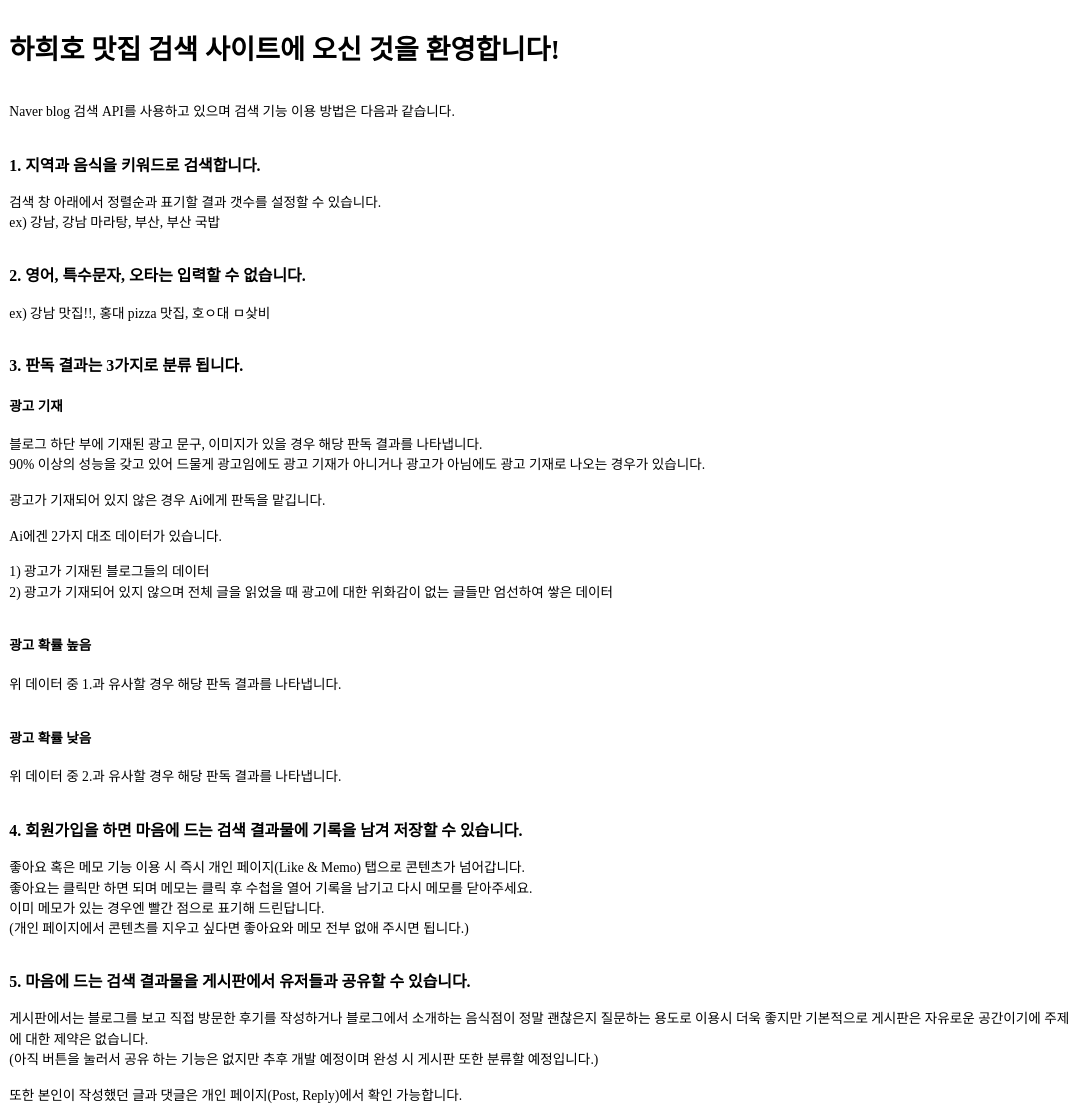
Repository: GOHO97/Haheeho
Page: http://localhost/Haheeho_Adblock/WEB-INF/views/main/main.jsp
An editor plug-in stored every save of this project. The page is shown before and after the next save, followed by the edit.
The browser window is 1280 px wide. The pictures show the whole page, at 85% of full size.
The page is served by Tomcat 9. Nobody is signed in. Other server files are loaded and not shown. The template is opened directly, without the code that normally fills it, so the values that code supplies are empty.

Above is the page before, as saved 2022-11-11 05:16:15.

### Haheeho_Adblock/src/main/webapp/WEB-INF/views/main/main.jsp
<%@ page language="java" contentType="text/html; charset=UTF-8"
	pageEncoding="UTF-8"%>
<%@ taglib prefix="c" uri="http://java.sun.com/jsp/jstl/core"%>
<!DOCTYPE html>
<html>
<head>
<meta charset="UTF-8">
<title>Insert title here</title>
</head>
<body>
		<div id="mainSearchResultDiv" style="display: none;"></div>
		<table>
			<tr>
				<td>
					<h1>하희호 맛집 검색 사이트에 오신 것을 환영합니다!</h1>
					<br>
					Naver blog 검색 API를 사용하고 있으며 검색 기능 이용 방법은 다음과 같습니다.<br>
					<br>
					<h3>1. 지역과 음식을 키워드로 검색합니다.</h3>
					검색 창 아래에서 정렬순과 표기할 결과 갯수를 설정할 수 있습니다.<br>
					ex) 강남, 강남 마라탕, 부산, 부산 국밥<br>
					<br>
					<h3>2. 영어, 특수문자, 오타는 입력할 수 없습니다.</h3>
					ex) 강남 맛집!!, 홍대 pizza 맛집, 호ㅇ대 ㅁ샂비<br>
					<br>
					<h3>3. 판독 결과는 3가지로 분류 됩니다.</h3>
					<h4>광고 기재</h4>
					블로그 하단 부에 기재된 광고 문구, 이미지가 있을 경우 해당 판독 결과를 나타냅니다.<br>
					90% 이상의 성능을 갖고 있어 드물게 광고임에도 광고 기재가 아니거나 광고가 아님에도 광고 기재로 나오는 경우가 있습니다.<br>
					<br>
					광고가 기재되어 있지 않은 경우 Ai에게 판독을 맡깁니다.<br>
					<br>
					Ai에겐 2가지 대조 데이터가 있습니다.<br>
					<br>
					1) 광고가 기재된 블로그들의 데이터<br>
					2) 광고가 기재되어 있지 않으며 전체 글을 읽었을 때 광고에 대한 위화감이 없는 글들만 엄선하여 쌓은 데이터<br>
					<br>
					<h4>광고 확률 높음</h4>
					위 데이터 중 1.과 유사할 경우 해당 판독 결과를 나타냅니다.<br>
					<br>
					<h4>광고 확률 낮음</h4>
					위 데이터 중 2.과 유사할 경우 해당 판독 결과를 나타냅니다.<br>
					<br>
					<h3>4. 회원가입을 하면 마음에 드는 검색 결과물에 기록을 남겨 저장할 수 있습니다.</h3>
					좋아요 혹은 메모 기능 이용 시 즉시 개인 페이지(Like & Memo) 탭으로 콘텐츠가 넘어갑니다.<br>
					좋아요는 클릭만 하면 되며 메모는 클릭 후 수첩을 열어 기록을 남기고 다시 메모를 닫아주세요.<br>
					이미 메모가 있는 경우엔 빨간 점으로 표기해 드린답니다.<br>
					(개인 페이지에서 콘텐츠를 지우고 싶다면 좋아요와 메모 전부 없애 주시면 됩니다.)<br>
					<br>
					<h3>5. 마음에 드는 검색 결과물을 게시판에서 유저들과 공유할 수 있습니다.</h3>
					게시판에서는 블로그를 보고 직접 방문한 후기를 작성하거나 블로그에서 소개하는 음식점이 정말 괜찮은지 질문하는 용도로 이용시 더욱 좋지만 기본적으로 게시판은 자유로운 공간이기에 주제에 대한 제약은 없습니다.<br>
					(아직 버튼을 눌러서 공유 하는 기능은 없지만 추후 개발 예정이며 완성 시 게시판 또한 분류할 예정입니다.)<br>
					<br>
					또한 본인이 작성했던 글과 댓글은 개인 페이지(Post, Reply)에서 확인 가능합니다.
				</td>
			</tr>
		</table>
		<table id="postArea" >
			<tr>
				<td>
					<c:forEach var="p" begin="0" end="100">
						<table id="post${p }" class="posts" style="display: none;">
							<tr>
								<td class="adAlertTd" align="center" id="postLabel${p }">
									판독중
								</td>
								<td class="imgTd" align="left">
									<img id="postImg${p }" src="resources/img/ready.PNG" class="photo">
								</td>
								<td></td>
								<td></td>
							</tr>
							<tr>
								<td class="mpTitle" colspan="4" align="center" class="blogName">
									<a id="postBlogName${p }"></a>
								</td>
							</tr>
							<tr>
								<td class="mpDate" colspan="4" align="right" id="postDate${p }">
								</td>
							</tr>
							<tr>
								<td class="mpContent" colspan="4"  id="postContent${p }">
								</td>
							</tr>
							<tr>
								<td class="mptd" colspan="2">
									<textarea class="memo" id="memo${p }" style="display: none;"></textarea>
								</td>
								<td class="mpMemo" align="right">
									<img src="resources/img/closeMemo.png" onclick="clickMemoButton(${p })" id="memoButton${p }" style="max-width: 70px;">
								</td>
								<td class="mpHeart" align="right">
									<img onclick="clickLikeUpButton(this.id)" id="${p }" class="likeButton"
										src="resources/img/emptyHeart.PNG" style="max-width: 50px;">
									<span id="likeCount${p }"></span>
								</td>
							</tr>
						</table>
					</c:forEach>
				</td>
			</tr>
		</table>
</body>

After the next save:
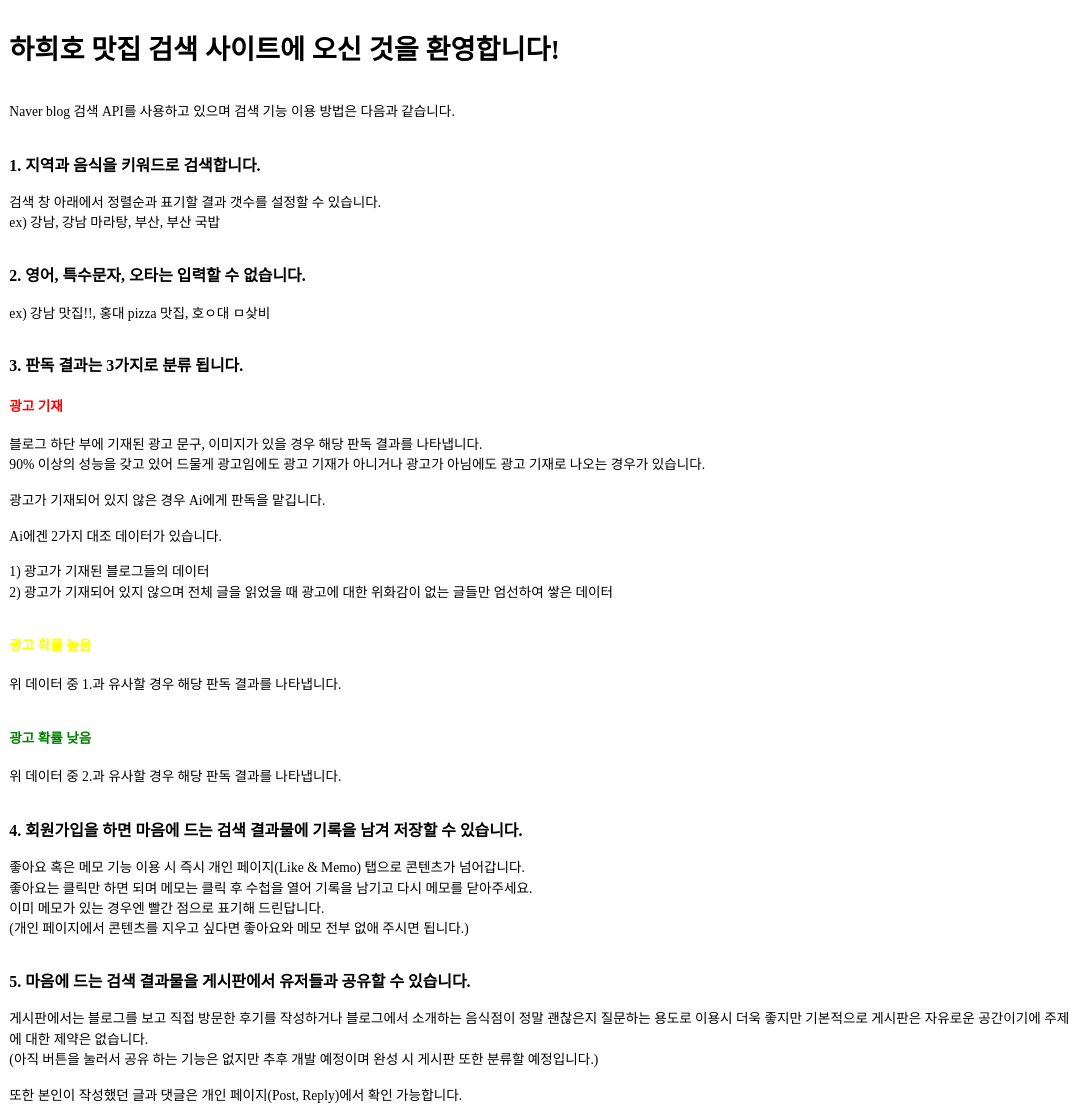
Saved 2 min 11 s later.
--- a/Haheeho_Adblock/src/main/webapp/WEB-INF/views/main/main.jsp
+++ b/Haheeho_Adblock/src/main/webapp/WEB-INF/views/main/main.jsp
@@ -24,7 +24,7 @@
 					ex) 강남 맛집!!, 홍대 pizza 맛집, 호ㅇ대 ㅁ샂비<br>
 					<br>
 					<h3>3. 판독 결과는 3가지로 분류 됩니다.</h3>
-					<h4>광고 기재</h4>
+					<h4 style="color: red;">광고 기재</h4>
 					블로그 하단 부에 기재된 광고 문구, 이미지가 있을 경우 해당 판독 결과를 나타냅니다.<br>
 					90% 이상의 성능을 갖고 있어 드물게 광고임에도 광고 기재가 아니거나 광고가 아님에도 광고 기재로 나오는 경우가 있습니다.<br>
 					<br>
@@ -35,10 +35,10 @@
 					1) 광고가 기재된 블로그들의 데이터<br>
 					2) 광고가 기재되어 있지 않으며 전체 글을 읽었을 때 광고에 대한 위화감이 없는 글들만 엄선하여 쌓은 데이터<br>
 					<br>
-					<h4>광고 확률 높음</h4>
+					<h4 style="color: yellow;">광고 확률 높음</h4>
 					위 데이터 중 1.과 유사할 경우 해당 판독 결과를 나타냅니다.<br>
 					<br>
-					<h4>광고 확률 낮음</h4>
+					<h4 style="color: green;">광고 확률 낮음</h4>
 					위 데이터 중 2.과 유사할 경우 해당 판독 결과를 나타냅니다.<br>
 					<br>
 					<h3>4. 회원가입을 하면 마음에 드는 검색 결과물에 기록을 남겨 저장할 수 있습니다.</h3>
